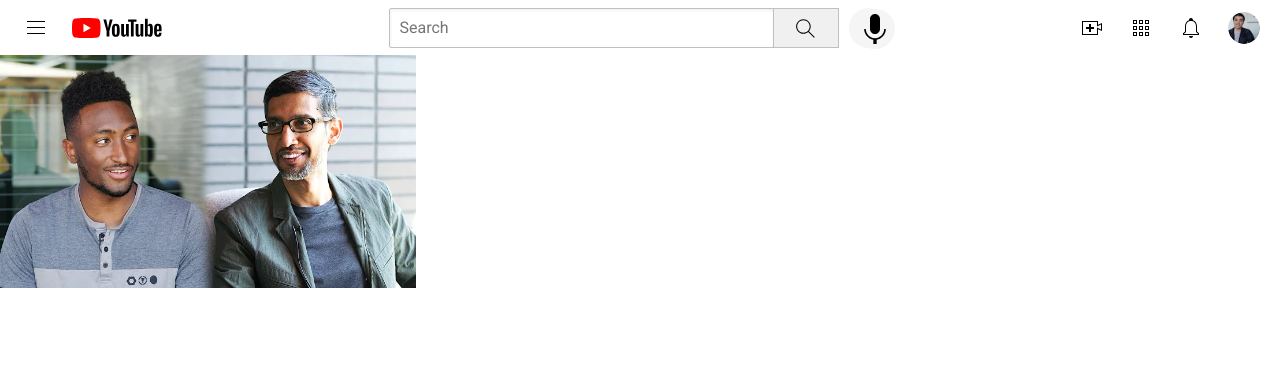
Repository: knowledgeAlan/html-css-thirteen
Page: youtube.html
These files come from the project's save history. The page is drawn as it stood at one moment and after the next save; the edit follows.
The browser window is 1280 px wide. The pictures show the whole page.

Above is the page before, as saved 2024-03-14 18:34:54.

After the next save:
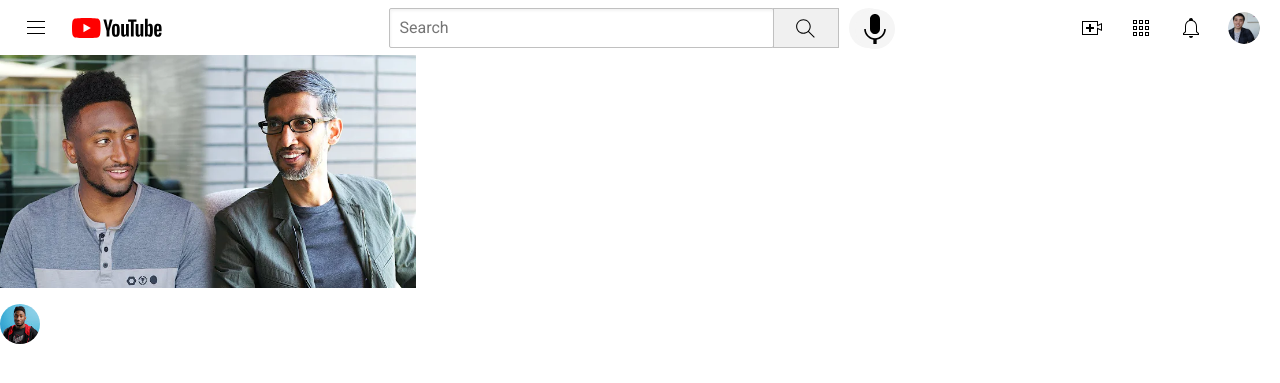
Saved 4 days later.
--- a/youtube.html
+++ b/youtube.html
@@ -58,7 +58,7 @@
                 <div class="video-info-grid">
 
                     <div class="channel-picture">
-                        <img>
+                        <img class="profile-picture" src="channel-pictures/channel-1.jpeg">
                     </div>
                 </div>
             </div>
